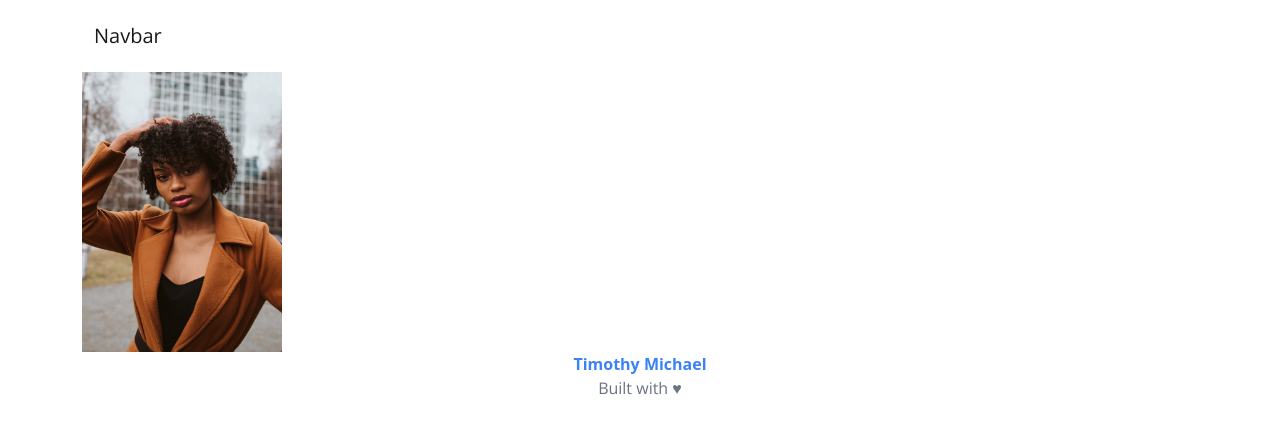
Repository: latenightsnacc/giggles
Page: HTML/CV.html
These files come from the project's save history. The page is drawn as it stood at one moment and after the next save; the edit follows.
The browser window is 1280 px wide. The pictures show the whole page.
Some web libraries are served in a nearby version.

Above is the page before, as saved 2021-01-04 14:53:44.

### HTML/CV.html
<!DOCTYPE html>
<html lang="en">
<head>
    <meta charset="UTF-8">
    <meta name="viewport" content="width=device-width, initial-scale=1.0">
    <link href="https://cdnjs.cloudflare.com/ajax/libs/tailwindcss/2.0.2/tailwind.min.css" rel="stylesheet">
    <link rel="stylesheet" href="https://stackpath.bootstrapcdn.com/font-awesome/4.7.0/css/font-awesome.min.css" />
    <link href="https://cdn.jsdelivr.net/npm/bootstrap@5.0.0-beta1/dist/css/bootstrap.min.css" rel="stylesheet" integrity="sha384-giJF6kkoqNQ00vy+HMDP7azOuL0xtbfIcaT9wjKHr8RbDVddVHyTfAAsrekwKmP1" crossorigin="anonymous">
    <link rel="stylesheet" href="stylesheet.css">
    <title>CV Page</title>
</head>
<body class="overflow-x-hidden">
    <!--Navigation-->
    <header class="container">
        <nav class="navbar navbar-expand-lg navbar-light bg-white py-3">
            <div class="container-fluid">
              <a class="navbar-brand" href="search.html">Navbar</a>
              <button class="navbar-toggler" type="button" data-bs-toggle="collapse" data-bs-target="#navbarNavDropdown" aria-controls="navbarNavDropdown" aria-expanded="false" aria-label="Toggle navigation">
                <span class="navbar-toggler-icon"></span>
              </button>
              <div class="collapse navbar-collapse" id="navbarNavDropdown">

              </div>
            </div>
        </nav>
    </header>
    <main>
        <!--CV Profile-->
        <div class="container">
            <div class="row">
                <div class="col-xs-12 col-sm-12 col-md-3 col-lg-3 col-xl-3">
                    <div class="rounded-full">
                        <img src="assets/userDp.jpg" style="max-width: 200px;" alt="profile picture">
                    </div>
                </div>
                <div class="col-xs-12 col-sm-12 col-md-9 col-lg-9 col-xl-9"></div>
            </div>
        </div>
    </main>
    <footer class="text-center text-l text-blue-500 font-semibold">
        Timothy Michael
        <p class="text-gray-500">Built with &hearts;</p>
    </footer>

    <script src="https://cdn.jsdelivr.net/npm/bootstrap@5.0.0-beta1/dist/js/bootstrap.bundle.min.js" integrity="sha384-ygbV9kiqUc6oa4msXn9868pTtWMgiQaeYH7/t7LECLbyPA2x65Kgf80OJFdroafW" crossorigin="anonymous"></script>

</body>
</html>

### HTML/stylesheet.css
@import url('https://fonts.googleapis.com/css2?family=Montserrat:wght@400;700&family=Open+Sans:wght@300;400&display=swap');

h1, h2, h3, h4, h5, h6 {
    font-family: 'Montserrat', sans-serif;
}
.user-info h1 {
    line-height: 60px;
    font-size: 50px;
    font-weight: 700;
    margin-top: 20px;
}
.user-info h2 {
    line-height: 27px;
    font-size: 18px;
    font-weight: 400;
    margin-top: 15px;
}
.user-info span {
    line-height: 36px;
    font-size: 30px;
    font-weight: 600;
}
.user-info p {
    margin: 5px 0;
}
.user-info button {
    margin-top: 10px;
}
p, div, a, button {
    font-family: 'Open Sans', sans-serif;
    font-weight: 300;
}

.work-experience .row:hover .text {
    border:2px solid  #3b82f6;

}
.work-experience .row:hover .flex .no {
    border:1px solid #3b82f6;

}
.nav-link {
    color: #3b82f6 !important;
}
.nav-item .active{
    font-weight: 600;
}

After the next save:
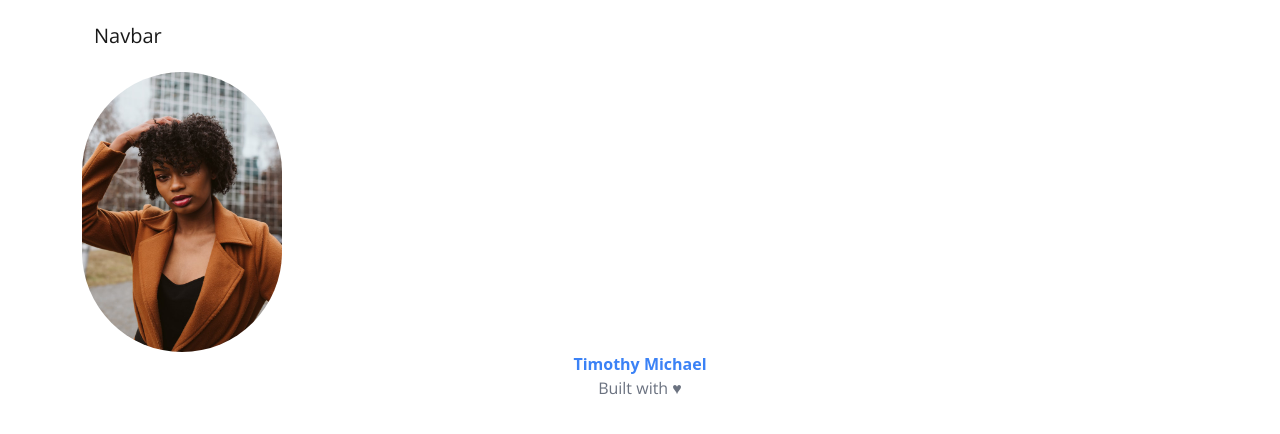
Saved 3 min 22 s later.
--- a/HTML/CV.html
+++ b/HTML/CV.html
@@ -29,8 +29,8 @@
         <div class="container">
             <div class="row">
                 <div class="col-xs-12 col-sm-12 col-md-3 col-lg-3 col-xl-3">
-                    <div class="rounded-full">
-                        <img src="assets/userDp.jpg" style="max-width: 200px;" alt="profile picture">
+                    <div >
+                        <img class="rounded-full" src="assets/userDp.jpg" style="max-width: 200px;" alt="profile picture">
                     </div>
                 </div>
                 <div class="col-xs-12 col-sm-12 col-md-9 col-lg-9 col-xl-9"></div>
